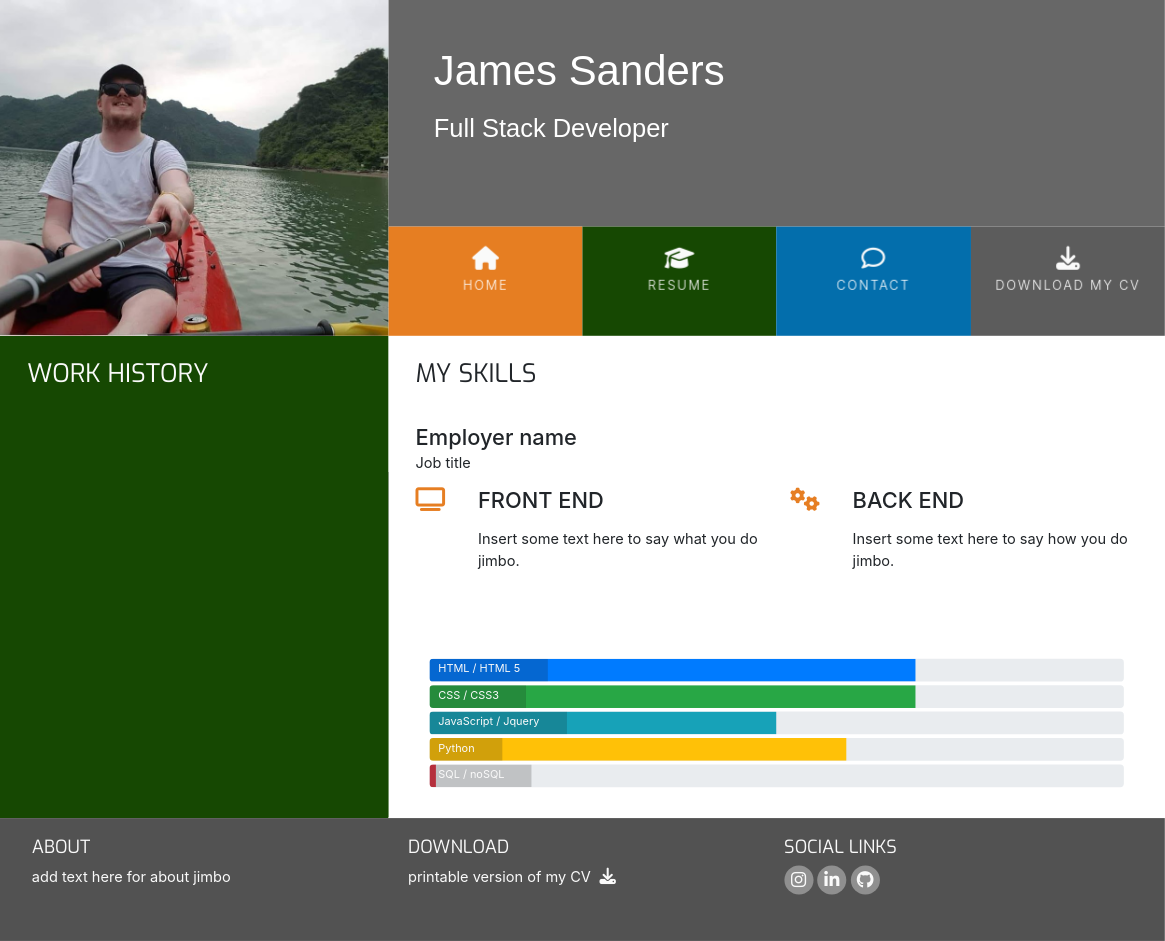
Repository: JaySanders95/my-online-resume
Page: resume.html
These files come from the project's save history. The page is drawn as it stood at one moment and after the next save; the edit follows.
The browser window is 1280 px wide. The pictures show the whole page, at 91% of full size.
Some web fonts or font styles are not loaded; a fallback is used. Some web libraries are served in a nearby version.

Above is the page before, as saved 2023-04-19 22:19:03.

### resume.html
<!DOCTYPE html>
<html lang="en">
<head>
    <meta charset="UTF-8">
    <meta http-equiv="X-UA-Compatible" content="IE=edge">
    <meta name="viewport" content="width=device-width, initial-scale=1.0">
    <link rel="stylesheet" href="https://cdn.jsdelivr.net/npm/@fortawesome/fontawesome-free@6.2.1/css/fontawesome.min.css" integrity="sha384-QYIZto+st3yW+o8+5OHfT6S482Zsvz2WfOzpFSXMF9zqeLcFV0/wlZpMtyFcZALm" crossorigin="anonymous">
    <link rel="stylesheet" href="https://cdn.jsdelivr.net/npm/bootstrap@4.6.2/dist/css/bootstrap.min.css" integrity="sha384-xOolHFLEh07PJGoPkLv1IbcEPTNtaed2xpHsD9ESMhqIYd0nLMwNLD69Npy4HI+N" crossorigin="anonymous">
    <link rel="stylesheet" href="assets/css/style.css">
    <link rel="stylesheet" href="https://cdnjs.cloudflare.com/ajax/libs/hover.css/2.3.1/css/hover-min.css" integrity="sha512-csw0Ma4oXCAgd/d4nTcpoEoz4nYvvnk21a8VA2h2dzhPAvjbUIK6V3si7/g/HehwdunqqW18RwCJKpD7rL67Xg==" crossorigin="anonymous" referrerpolicy="no-referrer" />
    <title>James Sanders' Resume</title>
</head>
<body>
    <header>
        <div class="row no-gutters">
            <a href="index.html" class="col-md-4 logo">

            </a>
            <div class="col-md-8">
                <div class="row bg-color-name-title no-gutters">
                    <div class="col heading">
                        <h1 class="name">James Sanders</h1>
                        <h2 class="title">Full Stack Developer</h2>

                    </div>
                </div>
                <div class="row no-gutters">
                    <div class="col">
                        <ul id="nav" class="list-inline menucontainer">
                            <li class="col-6 col-sm-3 ui-menu-color-home list-inline-item menuitem">
                                <a href="#" class="hvr-bounce-to-bottom"><i class="fa fa-home" aria-hidden="true"></i><span>Home</span></a>
                            </li>
                            <li class="col-6 col-sm-3 ui-menu-color-resume list-inline-item menuitem">
                                <a href="#" class="hvr-bounce-to-bottom"><i class="fa fa-graduation-cap" aria-hidden="true"></i><span>Resume</span></a>
                            </li>
                            <li class="col-6 col-sm-3 ui-menu-color-contact list-inline-item menuitem">
                                <a href="#" class="hvr-bounce-to-bottom"><i class="fa fa-comment-o" aria-hidden="true"></i><span>Contact</span></a>
                            </li>
                            <li class="col-6 col-sm-3 ui-menu-color-download list-inline-item menuitem">
                                <a href="#" class="hvr-bounce-to-bottom"><i class="fa fa-download" aria-hidden="true"></i><span>Download my CV</span></a>
                            </li>
                        </ul>
                    </div>
                </div>
            </div>
        </div>
    </header>
    <section class="container-fluid">
        <div class="row">
            <div class="col-md-4 bg-color-work-history section-column">
                <div class="row">
                    <div class="col-12">
                        <h3 class="history-heading uppercase">
                            Work History
                        </h3>
                    </div>
                </div>

            </div>
            <div class="col-md-8 bg-color-three-reasons section-column">
                <div class="row">
                    <div class="col">
                        <h3 class="section-heading uppercase">My Skills</h3>
                    </div>
                </div>
                <div class="timeline-item" data-dates="01/2000 - 02/2000">
                    <h4>Employer name</h4>
                    <p>Job title</p>
                </div>
                <div class="row">
                    <div class="col-10 offset-1 offset-sm-0 col-sm-4 col-md-6">
                        <div class="row">
                            <div class="col-2">
                                <i class="three-reasons-icon fa fa-tv" aria-hidden="true"></i>
                            </div>
                            <div class="col-10">
                                <h4 class="three-reasons-heading uppercase">Front End</h4>
                                <p>
                                    Insert some text here to say what you do jimbo.
                                </p>
                            </div>
                        </div>
                    </div>
                    <div class="col-10 offset-1 offset-sm-0 col-sm-4 col-md-6">
                        <div class="row">
                            <div class="col-2">
                                <i class="three-reasons-icon fa fa-gears" aria-hidden="true"></i>
                            </div>
                            <div class="col-10">
                                <h4 class="three-reasons-heading uppercase">Back end</h4>
                                <p>
                                    Insert some text here to say how you do jimbo.
                                </p>
                            </div>
                        </div>
                    </div>

                </div>
                <div class="row progress-section">

                </div>
                <div class="col">
                    <div class="progress">
                        <div class="progress-bar" role="progressbar" #
                        aria-valuenow="70" aria-valuemin="0" aria-valuemax="100" style="width:70%">
                        <span class="sr-only"> 70% complete</span>
                        </div>
                        <span class="progress-type">HTML / HTML 5</span>
                    </div>
                    <div class="progress">
                        <div class="progress-bar bg-success" role="progressbar" #
                        aria-valuenow="70" aria-valuemin="0" aria-valuemax="100" style="width:70%">
                        <span class="sr-only"> 70% complete</span>
                        </div>
                        <span class="progress-type">CSS / CSS3</span>
                    </div>
                    <div class="progress">
                        <div class="progress-bar bg-info" role="progressbar" #
                        aria-valuenow="50" aria-valuemin="0" aria-valuemax="100" style="width:50%">
                        <span class="sr-only"> 50% complete</span>
                        </div>
                        <span class="progress-type">JavaScript / Jquery</span>
                    </div>
                    <div class="progress">
                        <div class="progress-bar bg-warning" role="progressbar" #
                        aria-valuenow="60" aria-valuemin="0" aria-valuemax="100" style="width:60%">
                        <span class="sr-only"> 60% complete</span>
                        </div>
                        <span class="progress-type">Python</span>
                    </div>
                    <div class="progress">
                        <div class="progress-bar bg-danger" role="progressbar" #
                        aria-valuenow="1" aria-valuemin="0" aria-valuemax="100" style="width:1%">
                        <span class="sr-only"> 0% complete</span>
                        </div>
                        <span class="progress-type">SQL / noSQL</span>
                    </div>
                </div>
            </div>
        </div>

    </section>
    <footer class="container-fluid">
        <div id="footer-details" class="row">
            <div class="col-sm-4">
                <h5 class="uppercase general-sub">About</h5>
                <p class="inline-block"> add text here for about jimbo</p>
            </div>
            <div class="col-sm-4">
                <h5 class="uppercase general-sub">Download</h5>
                <p class="inline-block"> printable version of my CV</p>
                <a href="#" target="_blank" class="cv-pdf">
                    <i class="fa fa-download" aria-hidden="true"></i>
                    <span class="sr-only">Download link.</span>
                </a>
            </div>
            <div class="col-sm-4">
                <h5 class="uppercase general-sub">Social links</h5>
                <ul class="list-inline social-links">
                    <li class="list-inline-item">
                        <a target="_blank" href="#">
                            <i class="fa fa-instagram"></i>
                            <span class="sr-only">Instagram</span>
                        </a>
                    </li>
                    <li class="list-inline-item">
                        <a target="_blank" href="#">
                            <i class="fa fa-linkedin"></i>
                            <span class="sr-only">LinkedIn</span>
                        </a>
                    </li>
                    <li class="list-inline-item">
                        <a target="_blank" href="#">
                            <i class="fa-brands fa-github"></i>
                            <span class="sr-only">GitHub</span>

                        </a>
                    </li>
                </ul>
            </div>
        </div>

    </footer>
    <script src="https://kit.fontawesome.com/c80cd6a143.js" crossorigin="anonymous"></script>
</body>
</html>

### assets/css/style.css
@import url('https://fonts.googleapis.com/css2?family=Anuphan:100,200,300,400,500,600,700wght@300&family=Exo:100,200,300,400,500,600,700ital,wght@1,300&display=swap');


/* ------- Colours ---------*/

.bg-color-name-title {
    background-color:#676767;
}

.bg-color-three-reasons {
    background-color: #fff;
}

.bg-color-personal-info {
    background-color:#f4f4f4;
}

.ui-menu-color-home {
    background-color: #e67e22;
}

.ui-menu-color-resume {
    background-color: #164802;
}

.ui-menu-color-contact {
    background-color: #036eac;
}

.ui-menu-color-download {
    background-color: #5c5c5c;
}

.bg-color-work-history {
    background-color: #164802;
}

/* ------- Special paddings/margins/text ---------*/

h1,h2,h3,h4 {
    margin: 0;
}

.uppercase {
    text-transform: uppercase;
}

.general-sub {
    font-family: 'Exo', sans-serif;
    font-weight: 300;
    color: #fafafa;
}

.inline-block {
    display: inline-block;
}

.row-table {
    display: table;

}
.section-column {
    display: table-cell;
    padding: 0 30px 30px;
    float: none;
}

.history-heading,
.section-heading {
    font-family: 'Exo', sans-serif;
    font-weight: 300;
    margin-top: 25px;
    margin-bottom: 40px;
}

/* ------- Headers ---------*/
header {
    margin: 0;
}

.heading {
    margin-left: 50px;
}

.logo {
    background: url(../images/me.png);
    background-position: center;
    background-repeat: no-repeat;
    background-size: cover;
    min-height: 360px;
    transition: all .5s ease-in-out;
    -moz-transition: all .5s ease-in-out;
    -webkit-transition: all .5s ease-in-out;
}

.name {
    font-family: 'Anuphan', sans-serif;
    font-weight: 100;
    font-size: 46px;
    margin-top: 50px;
    color: #fff;
}

.title {
    font-family: 'Anuphan', sans-serif;
    font-weight: 200;
    font-size: 28px;
    margin-top: 20px;
    margin-bottom: 90px;
    color: #fff;
}

.list-inline-item:not(:last-child) {
    margin: 0;
}

.menucontainer {
    font-size: 0;
}

#nav li {
    font-size: 14px;
    padding: 0;
}

#nav {
    margin: 0;
}

.menuitem {
    height: 120px;
    text-align: center;
    padding: 0;

}

.menuitem a {
    width: 100%;
    text-decoration: none;
    color: #fff;
    height: 120px;
}

.menuitem a i {
    display: block;
    padding-top: 22px;
    color: #fafafa;
    font-size: 26px;
}

.menuitem span {
    display: block;
    width: 100%;
    padding-top: 5px;
    text-align: center;
    text-transform: uppercase;
    font-size: 14px;
    font-weight: 300;
    letter-spacing: 2px;
}

/* ------- Hover.css ---------*/

.hvr-bounce-to-bottom:before {
    background: rgba(0, 0, 0, 0.3) !important;
    height: 120px;

}

/* ------- Footer ---------*/

footer {
    background-color: #525252;
    color: #fafafa;
    min-height: 120px;
}

.cv-pdf i {
    font-size: 18px;
    color: #fafafa;
    text-align: center;
    padding-left: 5px;
    transition: all 0.35s ease-in-out;
    -moz-transition: all 0.35s ease-in-out;
    -webkit-transition: all 0.35s ease-in-out;
    -o-transition: all 0.35s ease-in-out;
}

.cv-pdf i:hover {
    color: #e84610;
}

.social-links {
    padding-bottom: 15px;
}

.social-links li a i {
    width: 32px;
    height: 32px;
    padding: 7px 0;
    border-radius: 50%;
    font-size: 19px;
    text-align: center;
    color: #fafafa;
    background: #8f8f8f;
    transition: all 0.35s ease-in-out;
    -moz-transition: all 0.35s ease-in-out;
    -webkit-transition: all 0.35s ease-in-out;
    -o-transition: all 0.35s ease-in-out;
}

.social-links li a i:hover {
    background-color: #e84610;
}

#footer-details {
    padding: 20px;
}

/* ------- 3 Reasons ---------*/

.three-reasons-icon {
    font-size: 26px;
    color: #e67e22;
}

.three-reasons-heading {
    margin-bottom: 15px;
}

/* ------- Personal Info ---------*/

.personal-info-item {
    margin-bottom: 20px;
    display: block;
    clear: both;
}

.personal-info-item .key,
.personal-info-item .value {
    padding: 8px;
    display: inline-block;

}

.personal-info-item .key p,
.personal-info-item .value p {
    margin: 0;
}

.personal-info-item .key {
    width: 30%;
    margin-right: 21px;
    padding-top: 2px;
    vertical-align: top;
}

.personal-info-item .key p {
    font-weight: 700;


}

.personal-info-item .value {
    position: relative;
    width: 60%;

}

/* ------- Skills ---------*/

.progress {
    line-height: normal;
    position: relative;
    height: 25px;
    margin-bottom: 4px;
}

.progress-type {
    position: absolute;
    left: 0px;
    font-weight: 400;
    padding: 3px 30px 2px 10px;
    color: #fafafa;
    background-color: rgba(25, 25, 25, 0.2);
    height: inherit;
}

.progress-section {
    margin: 40px 20px;
}

/* -------- Work History ----- */

.history-heading {
    color: #fafafa;
    margin-bottom: 50px;
}

After the next save:
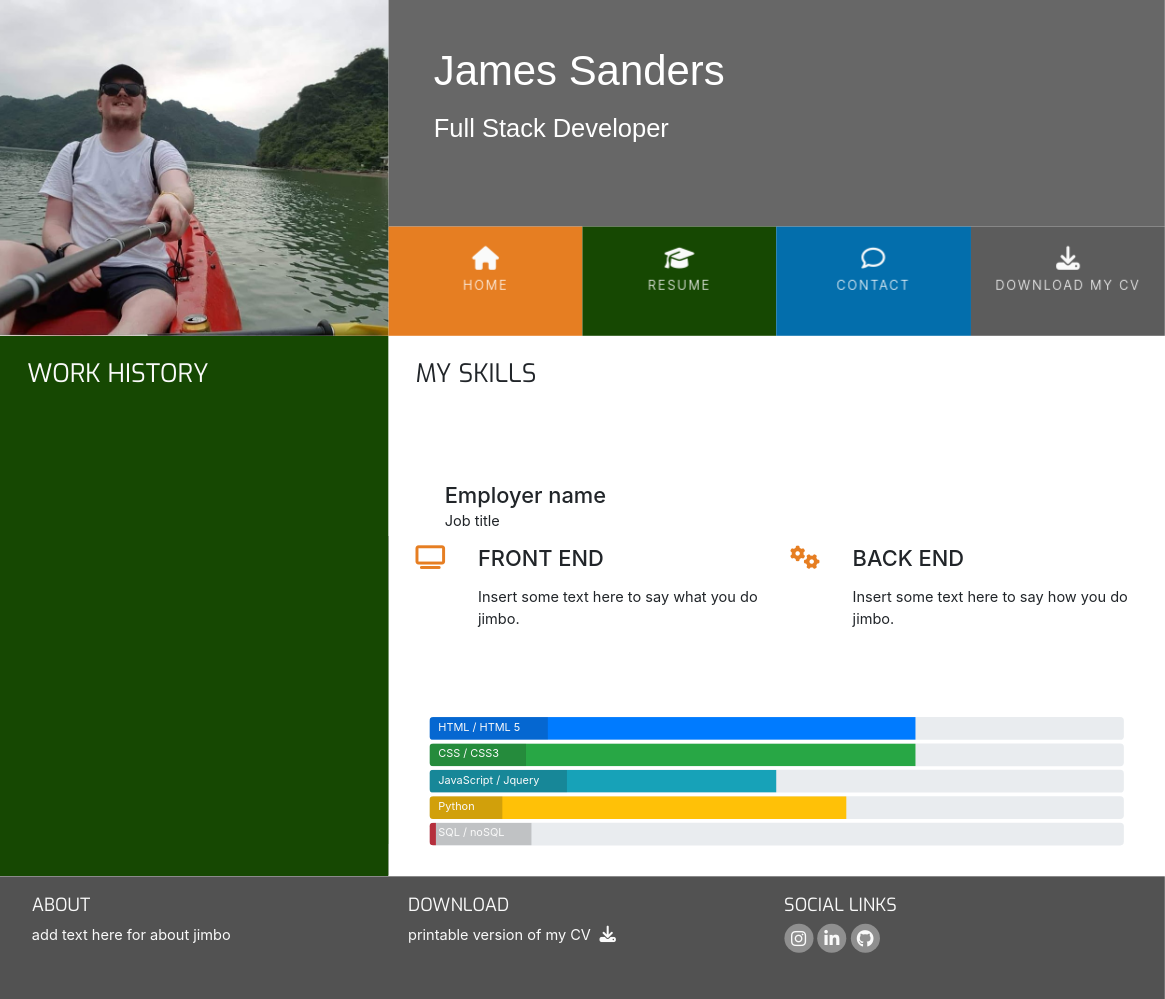
Saved 30 s later.
--- a/assets/css/style.css
+++ b/assets/css/style.css
@@ -296,3 +296,7 @@ footer {
     color: #fafafa;
     margin-bottom: 50px;
 }
+
+.timeline-item {
+    padding: 4em 2em 0em 2em;
+}
